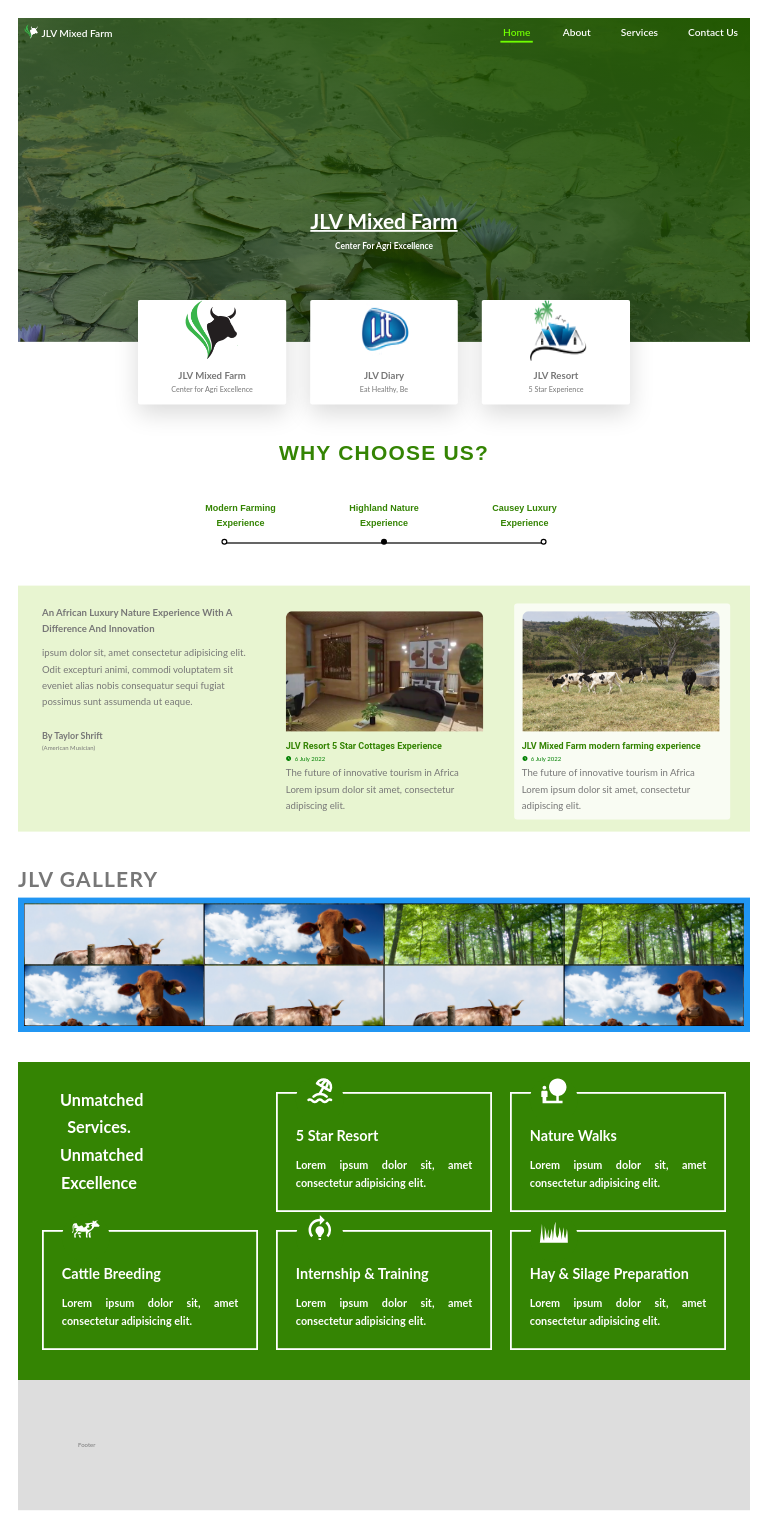
Repository: okidijimmy200/JLV
Page: / (app in client/)
These files come from the project's save history. The page is drawn as it stood at one moment and after a run of saves; the edit follows.
The browser window is 1280 px wide. The pictures show the whole page, at 60% of full size.
The project was rebuilt for these pictures with package versions that can differ from the ones it lists, and the page was loaded fresh each time.

Above is the page before, as saved 2022-09-01 12:35:31.

After the next 3 saves:
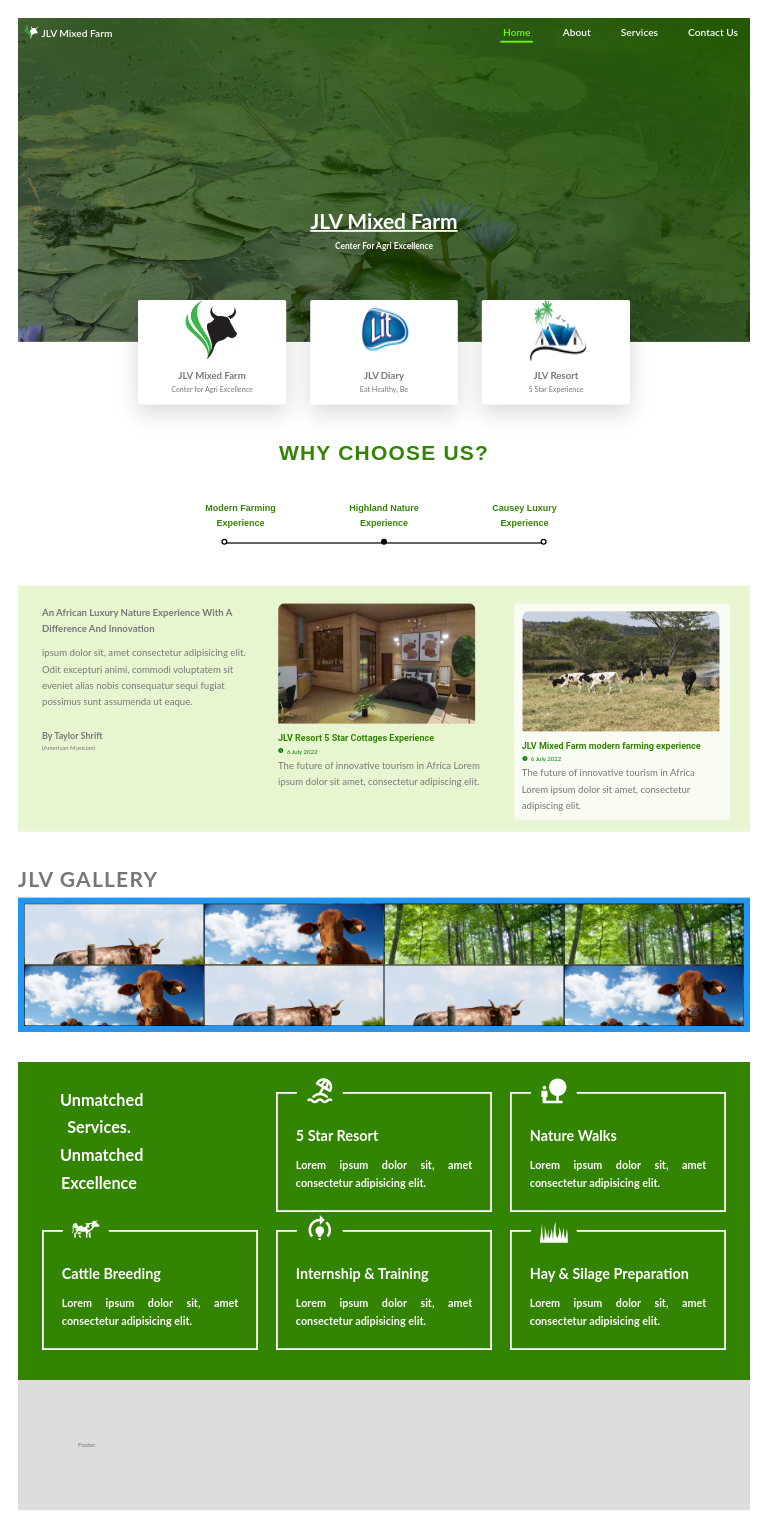
The 3 saves are shown as one change because they came seconds apart.
The last was saved 24 s later.
--- a/client/src/components/home/objective/Objective.tsx
+++ b/client/src/components/home/objective/Objective.tsx
@@ -68,7 +68,7 @@ export default function Objective() {
         </div>
         <div className="col-1-of-3 ">
         <div className='objective__root'>
-          <div className={classes.content}>
+          <div className='objective__root__content'>
             <div className={classes.img}>
               <img src={Cottage} alt='cottage' className={classes.img_pic}/>
             </div>
